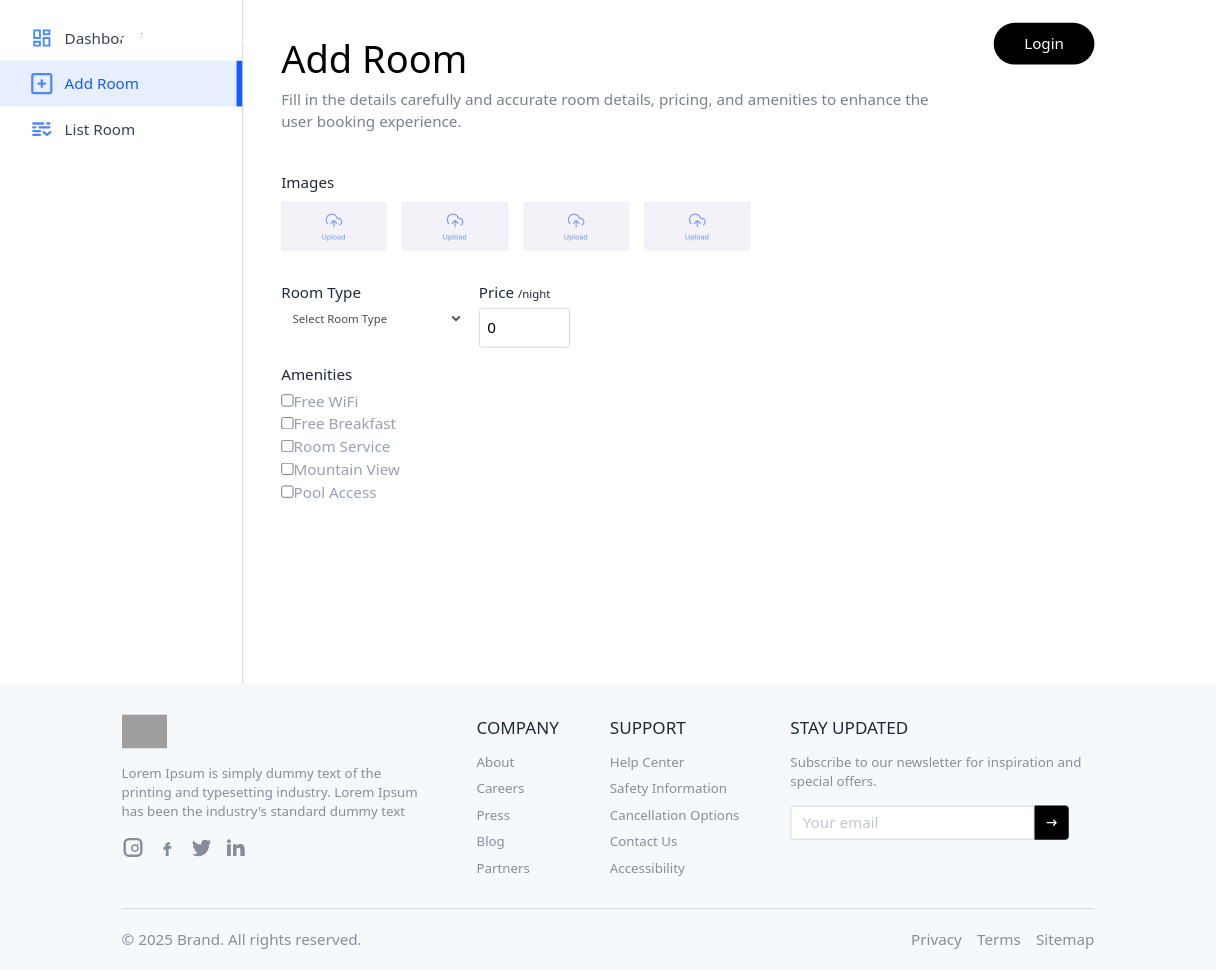
Repository: Ponn-Star/My-App
Page: /owner/add-room (app in FrontEnd/)
An editor plug-in stored every save of this project. The page is shown before and after the next save, followed by the edit.
The browser window is 1280 px wide. The pictures show the whole page, at 95% of full size.
Pictures or frames that could not be fetched are drawn as grey boxes. The page's requests for data from a server got no answer. The project was rebuilt for these pictures with package versions that can differ from the ones it lists, and the page was loaded fresh each time. Some packages were replaced by stand-ins written for this rebuild. No one was signed in, and anything a server would have sent is missing. Also part of the build but not shown: FrontEnd/vite.config.js, FrontEnd/src/assets/assets.js, FrontEnd/src/components/Hero.jsx, FrontEnd/src/components/HotelCard.jsx, FrontEnd/src/components/FeaturedDestination.jsx, FrontEnd/src/components/ExclusiveOffers.jsx, FrontEnd/src/data/Test.ts, FrontEnd/src/components/StarRating.jsx and 7 more.

Above is the page before, as saved 2025-05-12 17:34:37.

### FrontEnd/index.html
<!doctype html>
<html lang="en">
  <head>
    <meta charset="UTF-8" />
    <link rel="icon" type="image/svg+xml" href="/favicon.svg" />
    <meta name="viewport" content="width=device-width, initial-scale=1.0" />
    <title>Booking</title>
  </head>
  <body>
    <div id="root"></div>
    <script type="module" src="/src/main.jsx"></script>
  </body>
</html>

### FrontEnd/src/main.jsx
import { StrictMode } from 'react'
import { createRoot } from 'react-dom/client'
import './index.css'
import App from './App.jsx'
import { BrowserRouter } from 'react-router-dom'
import { ClerkProvider } from '@clerk/clerk-react'

const PUBLISHABLE_KEY = import.meta.env.VITE_CLERK_PUBLISHABLE_KEY

if (!PUBLISHABLE_KEY) {
  throw new Error('Add your Clerk Publishable Key to the .env file')
}

createRoot(document.getElementById('root')).render(
  <ClerkProvider publishableKey={PUBLISHABLE_KEY} afterSignOutUrl="/">
    <BrowserRouter>
      <App />
    </BrowserRouter>
    </ClerkProvider>,
)

### FrontEnd/src/App.jsx
import React from 'react'
import Navbar from './components/Navbar'
import { Route, Routes, useLocation } from 'react-router-dom'
import Home from './pages/Home'
import AllRooms from './pages/AllRooms';
import RoomDetails from './pages/RoomDetails';
import Footer from './components/Footer';
import MyBookings from './pages/MyBookings';
import Layout from './pages/Owner/Layout';
import Dashboard from './pages/Owner/Dashboard';
import ListRoom from './pages/Owner/ListRoom';
import AddRoom from './pages/Owner/AddRoom';

function App() {

  const isOwnerPath = useLocation().pathname.includes("owner");
  return (
    <div>
      {!isOwnerPath && <Navbar />}
      <div className='min-h-[70vh]'>
        <Routes>
          <Route path='/' element={<Home />} />
          <Route path='/rooms' element={<AllRooms />} />
          <Route path='/rooms/:id' element={<RoomDetails />} />
          <Route path='/my-bookings' element={<MyBookings />} />
          <Route path='/owner' element={<Layout />} >
            <Route index element={<Dashboard />} />
            <Route path='add-room' element={<AddRoom />} />
            <Route path='list-room' element={<ListRoom />} />
           </Route>
        </Routes>
      </div>
      <Footer />
    </div>
  )
}

export default App

### FrontEnd/src/components/Navbar.jsx
import React from 'react';
import { Link, useLocation, useNavigate} from 'react-router-dom';
import { assets } from '../assets/assets';
import { useClerk, useUser, UserButton } from '@clerk/clerk-react';

const BookIcon = () => (
    <svg className='w-4 h-4 text-gray-700' aria-hidden="true" xmlns="http://www.w3.org/2000/svg" width="24" height="24" fill="none" viewBox="0 0 24 24">
        <path stroke="currentColor" strokeLinecap="round" strokeLinejoin="round" strokeWidth="2" d="M5 19V4a1 1 0 0 1 1-1h12a1 1 0 0 1 1 1v13H7a2 2 0 0 0-2 2Zm0 0a2 2 0 0 0 2 2h12M9 3v13m7 0v4" />
    </svg>
)

const Navbar = () => {
    const navLinks = [
        { name: 'Home', path: '/' },
        { name: 'Hotels', path: '/rooms' },
        { name: 'Experience', path: '/' },
        { name: 'About', path: '/' },
    ];

    const [isScrolled, setIsScrolled] = React.useState(false);
    const [isMenuOpen, setIsMenuOpen] = React.useState(false);

    const {openSignIn} = useClerk()
    const {user} = useUser()
    const navigate = useNavigate()
    const location = useLocation()

    React.useEffect(() => {
        const handleScroll = () => {
            setIsScrolled(window.scrollY > 10);
        };
        window.addEventListener("scroll", handleScroll);
        return () => window.removeEventListener("scroll", handleScroll);
    }, []);

    return (
            <nav className={`fixed top-0 left-0 w-full flex items-center justify-between px-4 md:px-16 lg:px-24 xl:px-32 transition-all duration-500 z-50 ${isScrolled ? "bg-white/80 shadow-md text-gray-700 backdrop-blur-lg py-3 md:py-4" : "py-4 md:py-6"}`}>

                {/* Logo */}
                <Link to='/'>
                    <img src={assets.logo} alt="logo" className={`h-9 ${isScrolled && "invert opacity-80"}`} />
                </Link>

                {/* Desktop Nav */}
                <div className="hidden md:flex items-center gap-4 lg:gap-8">
                    {navLinks.map((link, i) => (
                        <a key={i} href={link.path} className={`group flex flex-col gap-0.5 ${isScrolled ? "text-gray-700" : "text-white"}`}>
                            {link.name}
                            <div className={`${isScrolled ? "bg-gray-700" : "bg-white"} h-0.5 w-0 group-hover:w-full transition-all duration-300`} />
                        </a>
                    ))}
                    <button className={`border px-4 py-1 text-sm font-light rounded-full cursor-pointer ${isScrolled ? 'text-black' : 'text-white'} transition-all`}>
                        Dashboard
                    </button>
                </div>

                {/* Desktop Right */}
                <div className="hidden md:flex items-center gap-4">
                    <img src={assets.searchIcon} alt='search' className={`${isScrolled && "invert"} h-7 transition duration-500`} />

                    {user ?
                    (<UserButton>
                        <UserButton.MenuItems>
                            <UserButton.Action label='My Bookings' labelIcon={<BookIcon/>} onClick={() => navigate('/my-bookings')} />
                        </UserButton.MenuItems>
                    </UserButton>)
                    :
                    (<button onClick={openSignIn} className="bg-black text-white px-8 py-2.5 rounded-full ml-4 transition-all duration-500">
                        Login
                        </button>)
                    }
                </div>

                {/* Mobile Menu Button */}
                <div className="flex items-center gap-3 md:hidden">
                    <img onClick={()=> setIsMenuOpen(!isMenuOpen)} src={assets.menuIcon} alt='' className={`${isScrolled && "invert"} h-4`} />
                </div>

                {/* Mobile Menu */}
                <div className={`fixed top-0 left-0 w-full h-screen bg-white text-base flex flex-col md:hidden items-center justify-center gap-6 font-medium text-gray-800 transition-all duration-500 ${isMenuOpen ? "translate-x-0" : "-translate-x-full"}`}>
                    <button className="absolute top-4 right-4" onClick={() => setIsMenuOpen(false)}>
                        <img src={assets.closeIcon} alt='close' className="h-6.5" />
                    </button>

                    {navLinks.map((link, i) => (
                        <a key={i} href={link.path} onClick={() => setIsMenuOpen(false)}>
                            {link.name}
                        </a>
                    ))}

                    <button className="border px-4 py-1 text-sm font-light rounded-full cursor-pointer transition-all">
                        Dashboard
                    </button>

                    <button onClick={openSignIn} className="bg-black text-white px-8 py-2.5 rounded-full transition-all duration-500">
                        Login
                    </button>
                </div>
            </nav>
    );
}

export default Navbar

### FrontEnd/src/components/Footer.jsx
import React from 'react'

const Footer = () => {
    return (
        <div className='bg-[#F6F9FC] text-gray-500/80 pt-8 px-6 md:px-16 lg:px-24 xl:px-32'>
            <div className='flex flex-wrap justify-between gap-12 md:gap-6'>
                <div className='max-w-80'>
                    <img src="https://raw.githubusercontent.com/prebuiltui/prebuiltui/main/assets/dummyLogo/dummyLogoColored.svg" alt="logo" className='mb-4 h-8 md:h-9' />
                    <p className='text-sm'>
                        Lorem Ipsum is simply dummy text of the printing and typesetting industry. Lorem Ipsum has been the industry's standard dummy text
                    </p>
                    <div className='flex items-center gap-3 mt-4'>
                        {/* Instagram */}
                        <svg className="w-6 h-6" fill="currentColor" viewBox="0 0 24 24">
                            <path d="M7.75 2A5.75 5.75 0 002 7.75v8.5A5.75 5.75 0 007.75 22h8.5A5.75 5.75 0 0022 16.25v-8.5A5.75 5.75 0 0016.25 2h-8.5zM4.5 7.75A3.25 3.25 0 017.75 4.5h8.5a3.25 3.25 0 013.25 3.25v8.5a3.25 3.25 0 01-3.25 3.25h-8.5a3.25 3.25 0 01-3.25-3.25v-8.5zm9.5 1a4 4 0 11-4 4 4 4 0 014-4zm0 1.5a2.5 2.5 0 102.5 2.5 2.5 2.5 0 00-2.5-2.5zm3.5-.75a.75.75 0 11.75-.75.75.75 0 01-.75.75z" />
                        </svg>
                        {/* Facebook */}
                        <svg className="w-6 h-6" fill="currentColor" viewBox="0 0 24 24">
                            <path d="M13.5 9H15V6.5h-1.5c-1.933 0-3.5 1.567-3.5 3.5v1.5H8v3h2.5V21h3v-7.5H16l.5-3h-3z" />
                        </svg>
                        {/* Twitter */}
                        <svg className="w-6 h-6" fill="currentColor" viewBox="0 0 24 24">
                            <path d="M22 5.92a8.2 8.2 0 01-2.36.65A4.1 4.1 0 0021.4 4a8.27 8.27 0 01-2.6 1A4.14 4.14 0 0016 4a4.15 4.15 0 00-4.15 4.15c0 .32.04.64.1.94a11.75 11.75 0 01-8.52-4.32 4.14 4.14 0 001.29 5.54A4.1 4.1 0 013 10v.05a4.15 4.15 0 003.33 4.07 4.12 4.12 0 01-1.87.07 4.16 4.16 0 003.88 2.89A8.33 8.33 0 012 19.56a11.72 11.72 0 006.29 1.84c7.55 0 11.68-6.25 11.68-11.67 0-.18 0-.35-.01-.53A8.18 8.18 0 0022 5.92z" />
                        </svg>
                        {/* LinkedIn */}
                        <svg className="w-6 h-6" fill="currentColor" viewBox="0 0 24 24">
                            <path d="M4.98 3.5C3.88 3.5 3 4.38 3 5.48c0 1.1.88 1.98 1.98 1.98h.02c1.1 0 1.98-.88 1.98-1.98C6.98 4.38 6.1 3.5 4.98 3.5zM3 8.75h3.96V21H3V8.75zm6.25 0h3.8v1.68h.05c.53-.98 1.82-2.02 3.75-2.02 4.01 0 4.75 2.64 4.75 6.07V21H17v-5.63c0-1.34-.03-3.07-1.88-3.07-1.88 0-2.17 1.47-2.17 2.98V21H9.25V8.75z" />
                        </svg>
                    </div>
                </div>

                <div>
                    <p className='text-lg text-gray-800'>COMPANY</p>
                    <ul className='mt-3 flex flex-col gap-2 text-sm'>
                        <li><a href="#">About</a></li>
                        <li><a href="#">Careers</a></li>
                        <li><a href="#">Press</a></li>
                        <li><a href="#">Blog</a></li>
                        <li><a href="#">Partners</a></li>
                    </ul>
                </div>

                <div>
                    <p className='text-lg text-gray-800'>SUPPORT</p>
                    <ul className='mt-3 flex flex-col gap-2 text-sm'>
                        <li><a href="#">Help Center</a></li>
                        <li><a href="#">Safety Information</a></li>
                        <li><a href="#">Cancellation Options</a></li>
                        <li><a href="#">Contact Us</a></li>
                        <li><a href="#">Accessibility</a></li>
                    </ul>
                </div>

                <div className='max-w-80'>
                    <p className='text-lg text-gray-800'>STAY UPDATED</p>
                    <p className='mt-3 text-sm'>
                        Subscribe to our newsletter for inspiration and special offers.
                    </p>
                    <div className='flex items-center mt-4'>
                        <input type="text" className='bg-white rounded-l border border-gray-300 h-9 px-3 outline-none' placeholder='Your email' />
                        <button className='flex items-center justify-center bg-black h-9 w-9 aspect-square rounded-r'>
                            {/* Arrow icon */}
                            <svg className="w-4 h-4 text-white" aria-hidden="true" xmlns="http://www.w3.org/2000/svg" width="24" height="24" fill="none" viewBox="0 0 24 24"><path stroke="currentColor" strokeLinecap="round" strokeLinejoin="round" strokeWidth="2" d="M19 12H5m14 0-4 4m4-4-4-4" /></svg>
                        </button>
                    </div>
                </div>
            </div>
            <hr className='border-gray-300 mt-8' />
            <div className='flex flex-col md:flex-row gap-2 items-center justify-between py-5'>
                <p>© {new Date().getFullYear()} Brand. All rights reserved.</p>
                <ul className='flex items-center gap-4'>
                    <li><a href="#">Privacy</a></li>
                    <li><a href="#">Terms</a></li>
                    <li><a href="#">Sitemap</a></li>
                </ul>
            </div>
        </div>
    );
};

export default Footer;

### FrontEnd/src/pages/Owner/Layout.jsx
import React from 'react'
import Navbar from '../../components/Navbar'
import Sidebar from '../../components/Owner/Sidebar'
import { Outlet } from 'react-router-dom'

const Layout = () => {
  return (
    <div className='flex flex-col h-screen'>
      <Navbar />
      <div className='flex h-full'>
        <Sidebar />
        <div className='flex-1 p-4 pt-10 md:px-10 h-full'>
            <Outlet />
        </div>
      </div>
    </div>
  )
}

export default Layout

### FrontEnd/src/pages/Owner/AddRoom.jsx
import React from 'react'
import { useState } from 'react'
import { assets } from '../../assets/assets'
import Title from '../../components/Title'
const AddRoom = () => {

    const [images, setImages] = useState({
    1: null,
    2: null,
    3: null,
    4: null,
  });

  const [inputs, setInputs] = useState({
    roomType: '',
    pricePerNight: 0,
    amenities: {
      'Free WiFi': false,
      'Free Breakfast': false,
      'Room Service': false,
      'Mountain View': false,
      'Pool Access': false,
    },
  });

  return (
    <form>
      <Title align='left' font='outfit' title='Add Room' subTitle='Fill in the details carefully and accurate room details, pricing, and amenities to enhance the user booking experience.' />
      <p className='text-gray-800 mt-10'>Images</p>
      <div className='grid grid-cols-2 sm:flex gap-4 my-2 flex-wrap'>
        {Object.keys(images).map((key) => (
          <label htmlFor={`roomImages${key}`} key={key}>
            <img className='max-h-13 cursor-pointer opacity-80' src={images[key] ? URL.createObjectURL(images[key]) : assets.uploadArea} alt="" />
            <input type="file" accept="image/*" id={`roomImages${key}`} hidden onChange={e => setImages({ ...images, [key]: e.target.files[0] })} />
          </label>
        ))}
      </div>
      <div className='w-full flex max-sm:flex-col sm:gap-4 mt-4'>
        <div className='flex-1 max-w-48'>
          <p className='mt-4 text-gray-800'>Room Type</p>
          <select value={inputs.roomType} onChange={e => setInputs({ ...inputs, roomType: e.target.value })} className='order opacity-70 border-gray-300 mt-1 rounded py-0.5 px-2 w-full text-xs'>
            <option value="">Select Room Type</option>
            <option value="Single Bed">Single Bed</option>
            <option value="Double Bed">Double Bed</option>
            <option value="Luxury Room">Luxury Room</option>
            <option value="Family Suite">Family Suite</option>
          </select>
        </div>
        <div>
          <p className='mt-4 text-gray-800'>
          Price <span className='text-xs'>/night</span></p>
          <input
            type="number"
            placeholder="0"
            className="border border-gray-300 mt-1 rounded p-2 w-24"
            value={inputs.pricePerNight}
            onChange={e => setInputs({ ...inputs, pricePerNight: e.target.value })}
          />
          </div>
        </div>
        <p className='text-gray-800 mt-4'>Amenities</p>
        <div className='flex flex-col flex-wrap mt-1 text-gray-400 max-w-sm'>
          {Object.keys(inputs.amenities).map((amenity, index) => (
            <div key={index}>
              <input
                type="checkbox"
                id={`amenities${index + 1}`}
                checked={inputs.amenities[amenity]}
                onChange={() => setInputs({
                  ...inputs,
                  amenities: { ...inputs.amenities, [amenity]: !inputs.amenities[amenity] }
                })}
              />
              <label htmlFor={`amenities${index + 1}`}>{amenity}</label>
            </div>
          ))}
        </div>
        <button className='bg-primary text-white px-8 py-2 rounded mt-8 cursor-pointer'>
          Add Room
        </button>
    </form>
  )
}

export default AddRoom

### FrontEnd/src/components/Title.jsx
import React from 'react'

const Title = ({title, subTitle, align, font}) => {
    return (
        <div className={`flex flex-col justify-center items-center text-center ${align === "left" && "md:items-start md:text-left"}`}>
          <h1 className={`text-4xl md:text-[40px] ${font || "font-playfair"}`}>{title}</h1>
          <p className="text-sm md:text-base text-gray-500/90 mt-2 max-w-174">{subTitle}</p>
        </div>
  )
}

export default Title

### FrontEnd/src/components/Owner/Sidebar.jsx
import React from 'react'
import { Link, NavLink } from 'react-router-dom'
import { assets } from '../../assets/assets'

const Sidebar = () => {
  const sidebarLinks = [
    { name: "Dashboard", path: "/owner", icon: assets.dashboardIcon },
    { name: "Add Room", path: "/owner/add-room", icon: assets.addIcon },
    { name: "List Room", path: "/owner/list-room", icon: assets.listIcon },
  ];

  return (
    <div className='md:w-64 w-16 border-r h-full text-base border-gray-300 pt-4 flex flex-col transition-all duration-300'>
      {sidebarLinks.map((item, index) => (
        <NavLink to={item.path} key={index} end='/owner' className={({ isActive }) => `flex items-center py-3 px-4 gap-3 md:px-8 ${isActive ? 'border-r-4 md:border-r-[6px] bg-blue-600/10 border-blue-600 text-blue-600' : 'hover:bg-gray-100/90 border-white text-gray-700'}`}>
            <img src={item.icon} alt={item.name} className='min-h-6 min-w-6' />
            <p className='md:block hidden text-center'>{item.name}</p>
        </NavLink>
      ))}
    </div>
  );
}

export default Sidebar

Loaded but not shown: FrontEnd/src/index.css (common file)

After the next save:
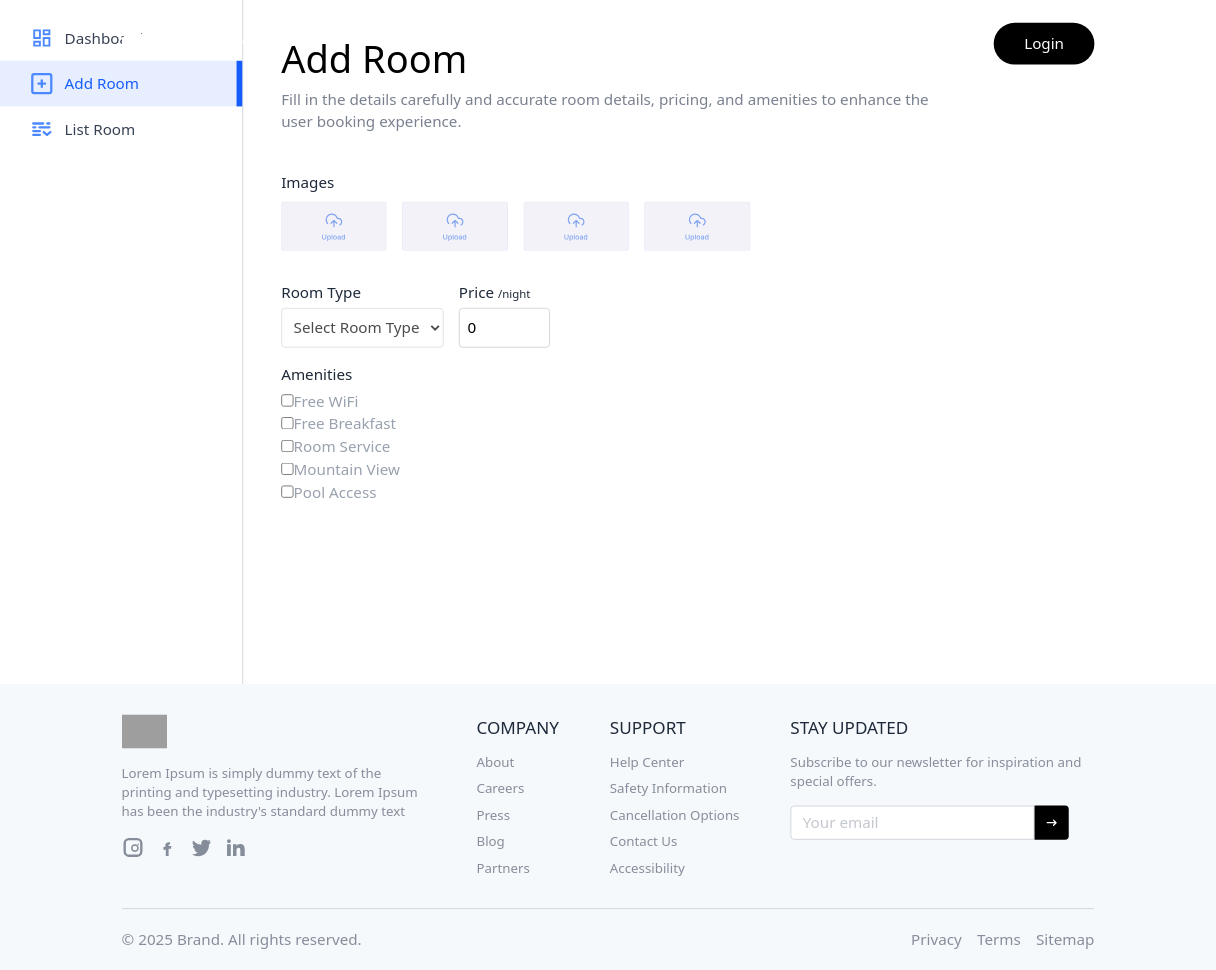
Saved 15 s later.
--- a/FrontEnd/src/pages/Owner/AddRoom.jsx
+++ b/FrontEnd/src/pages/Owner/AddRoom.jsx
@@ -26,6 +26,7 @@ const AddRoom = () => {
   return (
     <form>
       <Title align='left' font='outfit' title='Add Room' subTitle='Fill in the details carefully and accurate room details, pricing, and amenities to enhance the user booking experience.' />
+      {/* Upload Area For Images */}
       <p className='text-gray-800 mt-10'>Images</p>
       <div className='grid grid-cols-2 sm:flex gap-4 my-2 flex-wrap'>
         {Object.keys(images).map((key) => (
@@ -36,9 +37,9 @@ const AddRoom = () => {
         ))}
       </div>
       <div className='w-full flex max-sm:flex-col sm:gap-4 mt-4'>
-        <div className='flex-1 max-w-48'>
-          <p className='mt-4 text-gray-800'>Room Type</p>
-          <select value={inputs.roomType} onChange={e => setInputs({ ...inputs, roomType: e.target.value })} className='order opacity-70 border-gray-300 mt-1 rounded py-0.5 px-2 w-full text-xs'>
+        <div className='flex-l max-w-48'>
+          <p className='text-gray-800 mt-4'>Room Type</p>
+          <select value={inputs.roomType} onChange={e => setInputs({ ...inputs, roomType: e.target.value })} className='border opacity-70 border-gray-300 mt-1 rounded p-2 w-full'>
             <option value="">Select Room Type</option>
             <option value="Single Bed">Single Bed</option>
             <option value="Double Bed">Double Bed</option>
